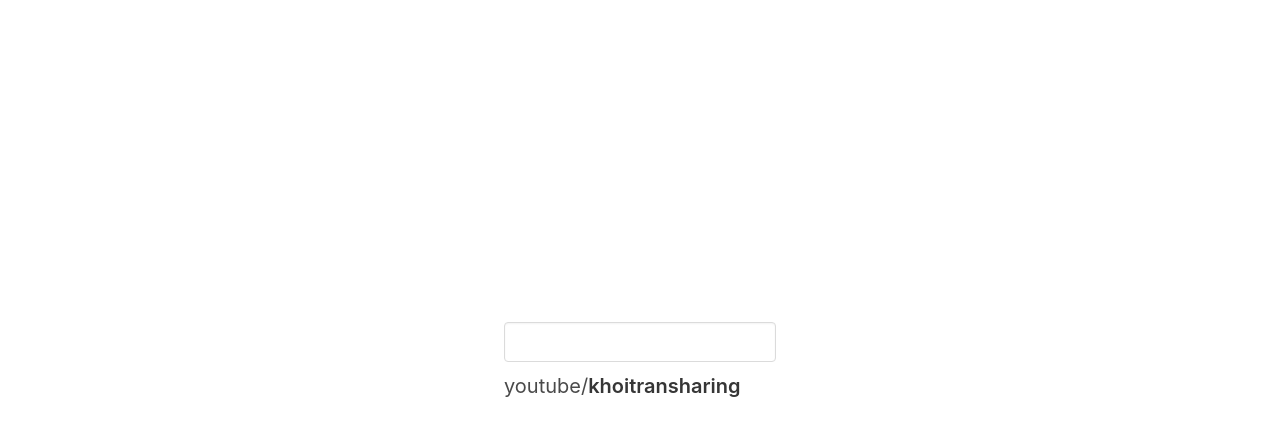
Repository: quangkhoi1228/showcase_project
Page: vanillar_js/src/component/flashlight_switch_input/index.html
An editor plug-in stored every save of this project. The page is shown before and after the next save, followed by the edit.
The browser window is 1280 px wide. The pictures show the whole page.

Above is the page before, as saved 2021-08-03 18:44:29.

After the next save:
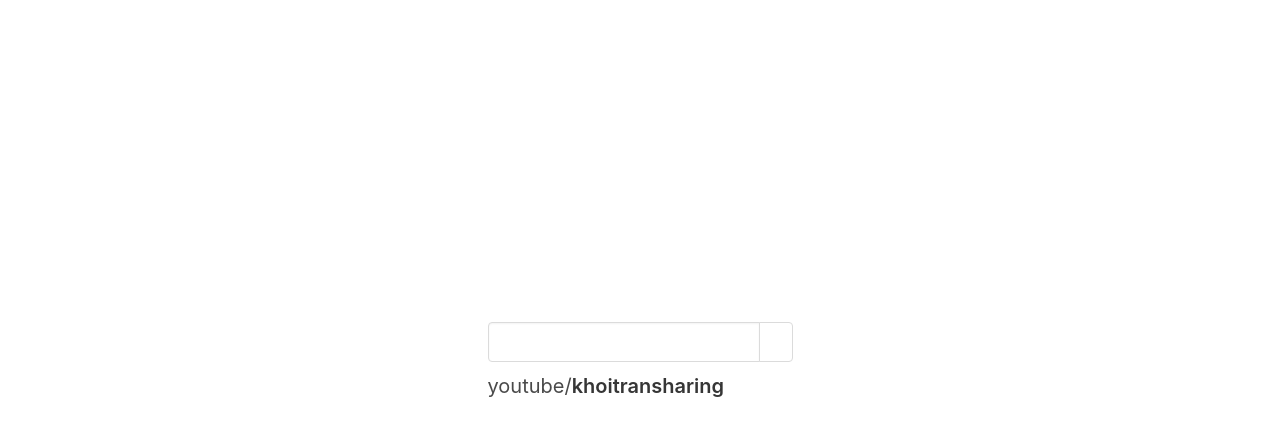
Saved 34 s later.
--- a/vanillar_js/src/component/flashlight_switch_input/index.html
+++ b/vanillar_js/src/component/flashlight_switch_input/index.html
@@ -21,6 +21,9 @@
                     <div class="control">
                         <input type="password" class="input">
                     </div>
+                    <div class="control">
+                        <button class="button"></button>
+                    </div>
                 </div>
 
                 <!-- component end -->
